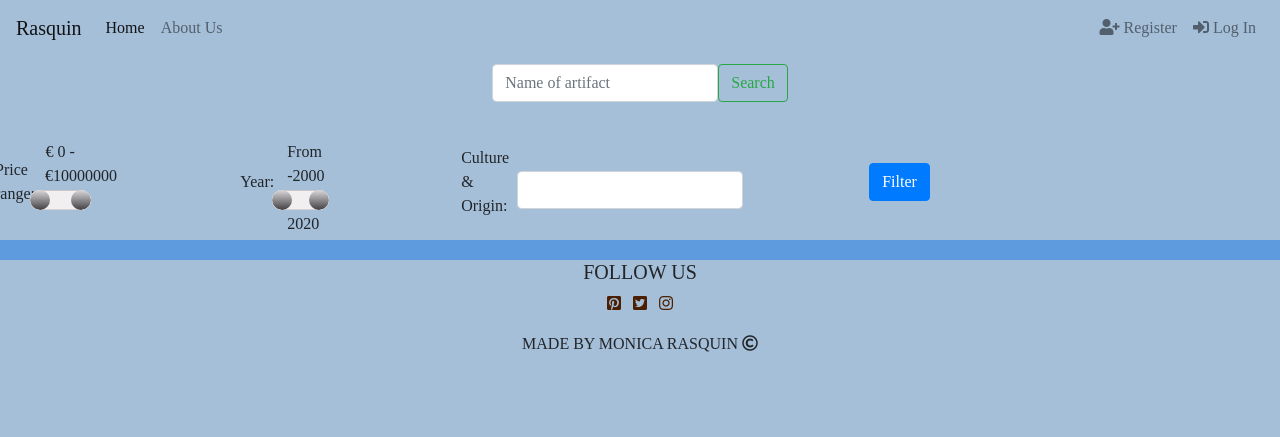
Repository: Rasquin/auction
Page: templates/base.html
The author's editor kept a record of every edit. The page is drawn from the files as they stood at one moment, then again after the next edit.
The browser window is 1280 px wide. The pictures show the whole page.
The template is drawn by Django 2.2. The application's start-up code is not run. The template is opened directly, without the code that normally fills it, so the values that code supplies are empty.

Above is the page before.

After the next edit:
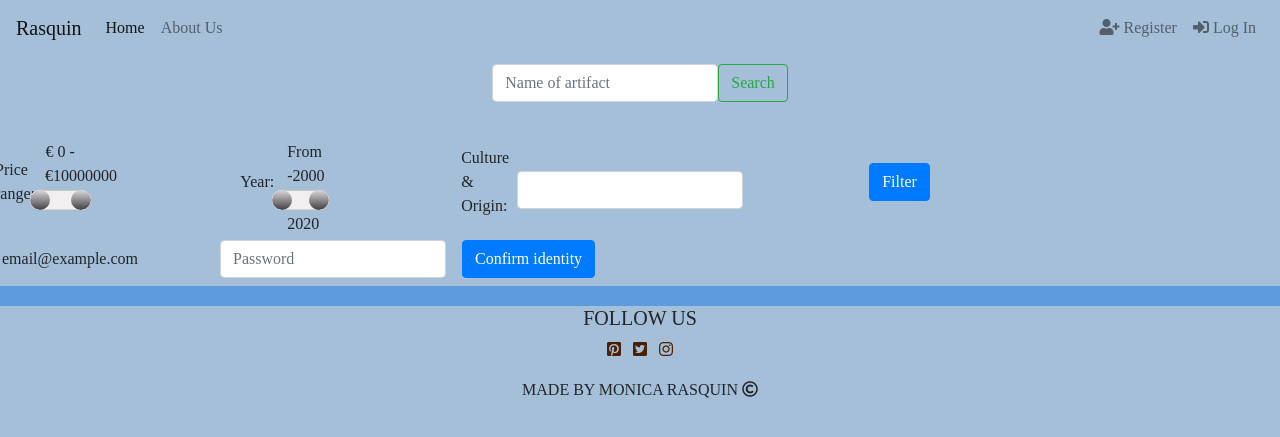
The edit:
--- a/templates/base.html
+++ b/templates/base.html
@@ -139,12 +139,21 @@
 
         </form>
 
-
-                {% block filter %}{% endblock %}
-
-            </div>
-        </div>
-    </div>
+        <form class="form-inline">
+            <div class="form-group mb-2">
+                <label for="staticEmail2" class="sr-only">Email</label>
+                <input type="text" readonly class="form-control-plaintext" id="staticEmail2" value="email@example.com">
+            </div>
+            <div class="form-group mx-sm-3 mb-2">
+                <label for="inputPassword2" class="sr-only">Password</label>
+                <input type="password" class="form-control" id="inputPassword2" placeholder="Password">
+            </div>
+            <button type="submit" class="btn btn-primary mb-2">Confirm identity</button>
+        </form>
+
+
+    {% block filter %}{% endblock %}
+
     <!-- Messages area -->
 {% if messages %}
 <div class="alert alert-success">
